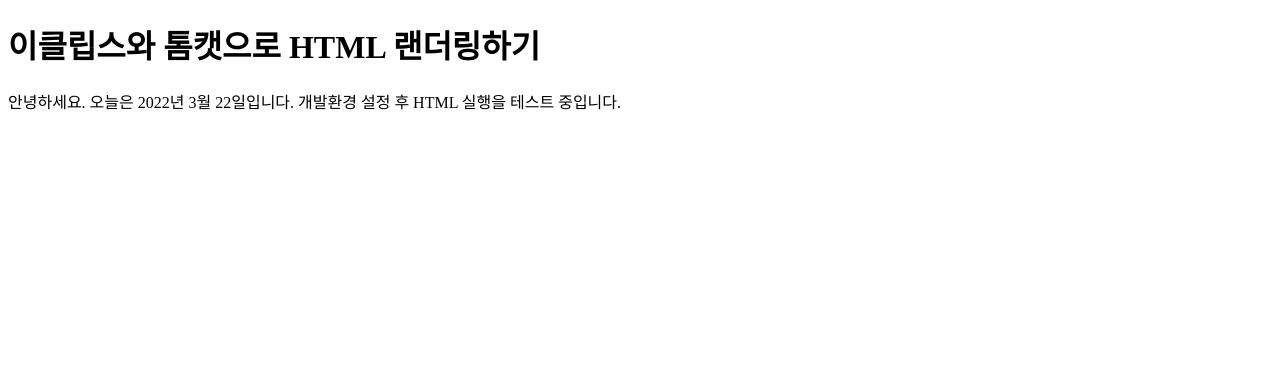
Repository: developedbyssony/JSP
Page: http://localhost/JSPbasic/hello.jsp
The author's editor kept a copy of each file at every save. The page is drawn from the files as they stood at one save, then again after the next save.
The browser window is 1280 px wide. The pictures show the whole page.
The page is served by Tomcat 9. Other server files are loaded and not shown.

Above is the page before, as saved 2022-03-22 10:39:15.

### JSPbasic/src/main/webapp/hello.jsp
<%@ page language="java" contentType="text/html; charset=EUC-KR"
    pageEncoding="EUC-KR"%>
<!DOCTYPE html>
<html>
<head>
<meta charset="EUC-KR">
<title>Insert title here</title>
</head>
<body>
	<h1>이클립스와 톰캣으로 HTML 랜더링하기</h1>
	<p>
		안녕하세요. 오늘은 2022년 3월 22일입니다.
		개발환경 설정 후 HTML 실행을 테스트 중입니다.
	</p>
</body>
</html>

After the next save:
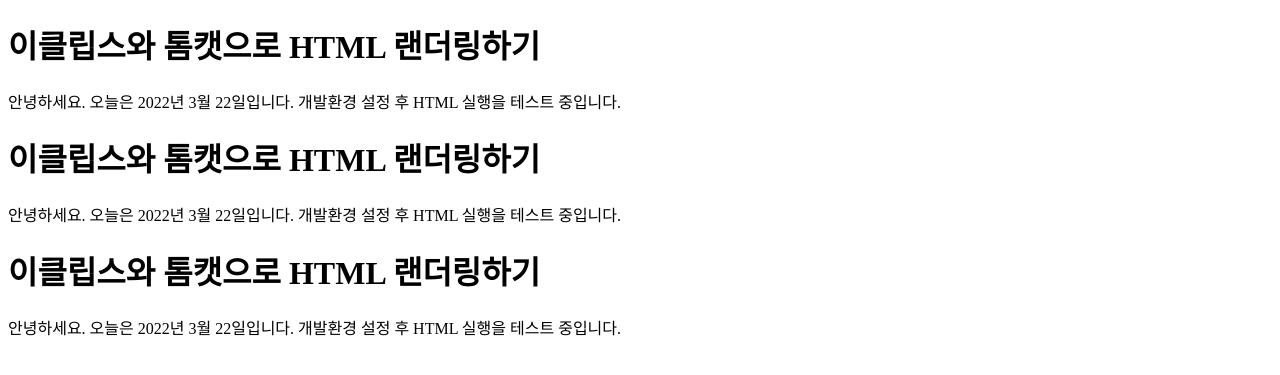
Saved 30 min 45 s later.
--- a/JSPbasic/src/main/webapp/hello.jsp
+++ b/JSPbasic/src/main/webapp/hello.jsp
@@ -7,10 +7,12 @@
 <title>Insert title here</title>
 </head>
 <body>
+	<% for(int i=0; i<3; i++) { %>
 	<h1>이클립스와 톰캣으로 HTML 랜더링하기</h1>
 	<p>
 		안녕하세요. 오늘은 2022년 3월 22일입니다.
 		개발환경 설정 후 HTML 실행을 테스트 중입니다.
 	</p>
+	<% } %>
 </body>
 </html>
